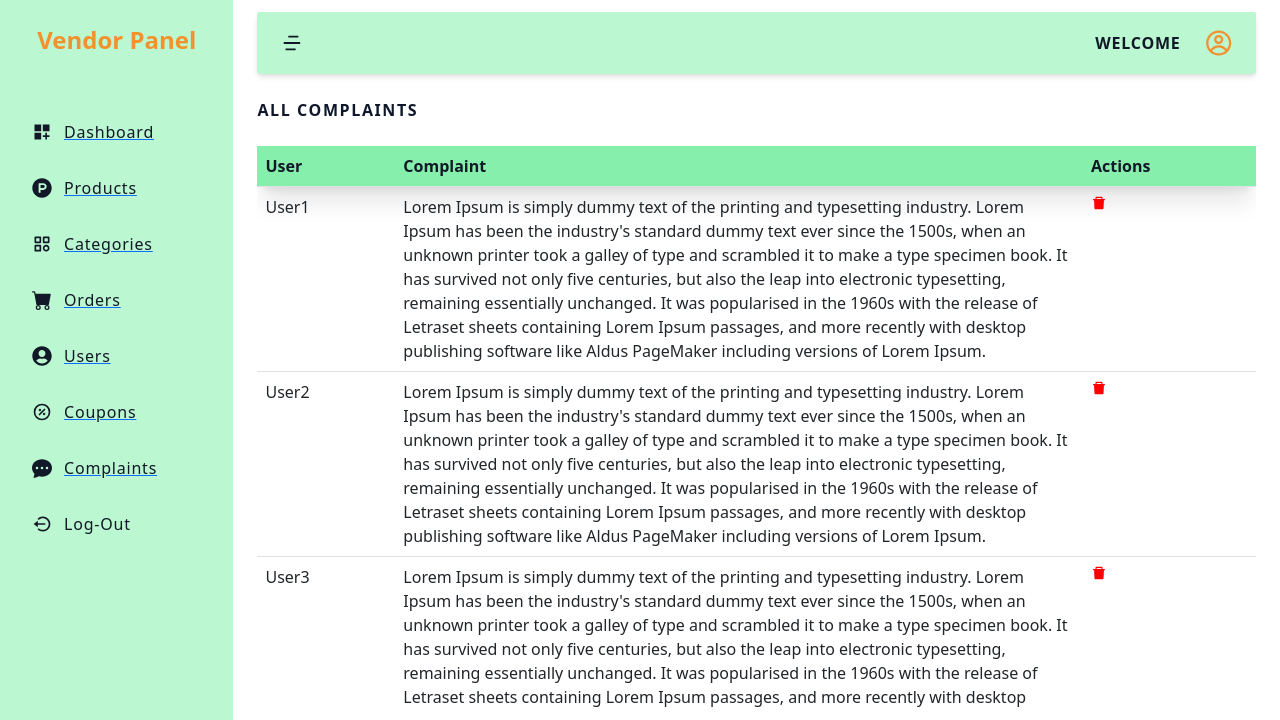
Repository: FlyweisReact/JitenderAdminPanel
Page: /chat
The author's editor kept a copy of each file at every save. The page is drawn from the files as they stood at one save, then again after the next save.
The browser window is 1280 px wide. The pictures show the whole page.
An inner scrolling area shows only its first screen. The project was rebuilt for these pictures with package versions that can differ from the ones it lists, and the page was loaded fresh each time. Also part of the build but not shown: src/components/forms/Login.jsx, src/components/pages/Dashboard.jsx, src/components/vendorPanel/components/layout/Navbar.jsx, src/components/vendorPanel/components/layout/Sidebar.jsx, src/components/vendorPanel/components/layout/HOC.jsx, src/components/vendorPanel/components/pages/Message/Message.js, src/components/pages/UserKundli/UserKundli.jsx, src/components/pages/discount/Discount.jsx and 18 more.

Above is the page before, as saved 2022-11-05 17:07:23.

### public/index.html
<!-- @format -->

<!DOCTYPE html>
<html lang="en">
  <head>
    <meta charset="utf-8" />
    <!-- <link rel="icon" href="%PUBLIC_URL%/favicon.png" /> -->
    <meta name="viewport" content="width=device-width, initial-scale=1" />
    <meta name="theme-color" content="#000000" />
    <meta
      name="description"
      content="Web site created using create-react-app"
    />
    <link rel="apple-touch-icon" href="%PUBLIC_URL%/favicon.ico?v=2" />

    <link rel="manifest" href="%PUBLIC_URL%/manifest.json" />

    <title>Astrologers Panel</title>
  </head>
  <body>
    <noscript>You need to enable JavaScript to run this app.</noscript>
    <div id="root"></div>
    <script src="https://code.jquery.com/jquery-3.6.0.min.js"></script>
  </body>
</html>

### src/index.js
import React from "react";
import ReactDOM from "react-dom/client";
import "./index.css";
import App from "./App";
import { BrowserRouter } from "react-router-dom";
import 'bootstrap/dist/css/bootstrap.min.css'

const root = ReactDOM.createRoot(document.getElementById("root"));
root.render(
  <React.StrictMode>
    <BrowserRouter>
      <App />
    </BrowserRouter>
  </React.StrictMode>
);

### src/index.css
/** @format */

@tailwind base;
@tailwind components;
@tailwind utilities;

body {
  margin: 0;
  font-family: -apple-system, BlinkMacSystemFont, "Segoe UI", "Roboto", "Oxygen",
    "Ubuntu", "Cantarell", "Fira Sans", "Droid Sans", "Helvetica Neue",
    sans-serif;
  -webkit-font-smoothing: antialiased;
  -moz-osx-font-smoothing: grayscale;
}

code {
  font-family: source-code-pro, Menlo, Monaco, Consolas, "Courier New",
    monospace;
}

/* Wcomponents */
.wcomp::-webkit-scrollbar {
  width: 0px;
}
::-webkit-scrollbar {
  width: 0px;
}
::-webkit-scrollbar-track {
  background: #696f78;
}
/* Handle */
::-webkit-scrollbar-thumb {
  background: #b4b8bf;
}

.main-card--container {
  display: grid;
  grid-template-columns: repeat(3, minmax(300px, 500px));
  grid-gap: 50px;
  justify-content: space-around;
}
.card-container {
  margin: 25px 0 auto;

  position: relative;
  display: grid;
  grid-template-columns: 1fr;
  justify-content: space-around;
  align-items: flex-start;
}

.img-thumbnail {
  width: 80px;
}
.img-large {
  max-width: 80%;
}

### src/App.js
/** @format */

import { Routes, Route, Link } from "react-router-dom";
import Login from "./components/forms/Login";
import Dashboard from "./components/pages/Dashboard";
import { ToastContainer } from "react-toastify";
import MSG from './components/vendorPanel/components/pages/Message/Message'
import "react-toastify/dist/ReactToastify.css";
import UserKundli from "./components/pages/UserKundli/UserKundli";
import Discount from "./components/pages/discount/Discount";
import Chat from "./components/pages/reactChat/Chat";
import Horoscope from "./components/pages/horoScope/Horoscope";
import Specification from "./components/pages/SpecificationPage/Specification";
import VendorLogin from "./components/vendorPanel/components/forms/VendorLogin";
import VendorDashboard from "./components/vendorPanel/components/pages/VendorDashboard";
import Fedd from "./components/pages/FeedBack/Fedd";
import Astrologers from "./components/vendorPanel/components/pages/Astrologer/Astrologers";
import Users from "./components/vendorPanel/components/pages/Users/Users";
import Kundli from "./components/vendorPanel/components/pages/Kundli/Kundli";
import AdminHoro from "./components/vendorPanel/components/pages/Horoscope/Horoscope";
import Forgot from "./components/vendorPanel/components/forms/Forgot";
import ResetPassword from "./components/vendorPanel/components/forms/ResetPassword";
import Changepassword from "./components/vendorPanel/components/forms/Changepassword";
import TimeSlots from "./components/pages/TimeSlots/TimeSlots";
import Documents from "./components/pages/Documents/Documents";
import Banner from "./components/pages/Banner/Banner";
import Notify from "./components/pages/Notifications/Notify";
import Booking from "./components/vendorPanel/components/pages/Booking/Booking";
import ProductDetail from "./components/pages/FeedBack/ProductDetail";

function App() {
  return (
    <>
      <ToastContainer />


      <Routes>
        <Route path="/" element={<Login />} />
        <Route path="/dashboard" element={<Dashboard />} />
        <Route path="/userkundli" element={<UserKundli />} />
        <Route path="/discount" element={<Discount />} />
        <Route path="/horoscope" element={<Horoscope />} />
        <Route path="/specification" element={<Specification />} />
        <Route path="/chat" element={<Chat />} />
        <Route path="feedback" element={<Fedd />} />
        <Route path="/time" element={<TimeSlots />} />
        <Route path="/document" element={<Documents />} />
        <Route path="/ban" element={<Banner />} />
        <Route path='/not' element={<Notify />} />
        <Route path="/viewProduct" element={<ProductDetail />} />
        {/* Admin Panel */}
        <Route path="/vendorLogin" element={<VendorLogin />} />
        <Route path="/otp" element={<Forgot />} />
        <Route path="/book" element={<Booking />} />
        <Route path='/msg' element={ <MSG /> } />
        <Route path="/resetPass" element={<ResetPassword />} />
        <Route path="/resetPassword" element={<Changepassword />} />
        <Route path="/vendorDashboard" element={<VendorDashboard />} />
        <Route path="/astro" element={<Astrologers />} />
        <Route path="/users" element={<Users />} />
        <Route path="/kundli" element={<Kundli />} />
        <Route path="/horo" element={<AdminHoro />} />
      </Routes>
    </>
  );
}

export default App;

### src/components/pages/reactChat/Chat.js
/** @format */

import React, { useEffect, useState } from "react";
import { IoMdClose } from "react-icons/io";
import { AiFillEdit, AiFillDelete, AiFillEye } from "react-icons/ai";
import HOC from "../../layout/HOC";
import axios from "axios";
import { toast } from "react-toastify";
import Table from "react-bootstrap/Table";
import { useNavigate } from "react-router-dom";
import Button from "react-bootstrap/Button";
import Modal from "react-bootstrap/Modal";
import Form from "react-bootstrap/Form";

const products = [
  {
    user: "User1",
    com: "Lorem Ipsum is simply dummy text of the printing and typesetting industry. Lorem Ipsum has been the industry's standard dummy text ever since the 1500s, when an unknown printer took a galley of type and scrambled it to make a type specimen book. It has survived not only five centuries, but also the leap into electronic typesetting, remaining essentially unchanged. It was popularised in the 1960s with the release of Letraset sheets containing Lorem Ipsum passages, and more recently with desktop publishing software like Aldus PageMaker including versions of Lorem Ipsum.",
  },
  {
    user: "User2",
    com: "Lorem Ipsum is simply dummy text of the printing and typesetting industry. Lorem Ipsum has been the industry's standard dummy text ever since the 1500s, when an unknown printer took a galley of type and scrambled it to make a type specimen book. It has survived not only five centuries, but also the leap into electronic typesetting, remaining essentially unchanged. It was popularised in the 1960s with the release of Letraset sheets containing Lorem Ipsum passages, and more recently with desktop publishing software like Aldus PageMaker including versions of Lorem Ipsum.",
  },
  {
    user: "User3",
    com: "Lorem Ipsum is simply dummy text of the printing and typesetting industry. Lorem Ipsum has been the industry's standard dummy text ever since the 1500s, when an unknown printer took a galley of type and scrambled it to make a type specimen book. It has survived not only five centuries, but also the leap into electronic typesetting, remaining essentially unchanged. It was popularised in the 1960s with the release of Letraset sheets containing Lorem Ipsum passages, and more recently with desktop publishing software like Aldus PageMaker including versions of Lorem Ipsum.",
  },

  {
    user: "User4",
    com: "Lorem Ipsum is simply dummy text of the printing and typesetting industry. Lorem Ipsum has been the industry's standard dummy text ever since the 1500s, when an unknown printer took a galley of type and scrambled it to make a type specimen book. It has survived not only five centuries, but also the leap into electronic typesetting, remaining essentially unchanged. It was popularised in the 1960s with the release of Letraset sheets containing Lorem Ipsum passages, and more recently with desktop publishing software like Aldus PageMaker including versions of Lorem Ipsum.",
  },
  {
    user: "User5",
    com: "Lorem Ipsum is simply dummy text of the printing and typesetting industry. Lorem Ipsum has been the industry's standard dummy text ever since the 1500s, when an unknown printer took a galley of type and scrambled it to make a type specimen book. It has survived not only five centuries, but also the leap into electronic typesetting, remaining essentially unchanged. It was popularised in the 1960s with the release of Letraset sheets containing Lorem Ipsum passages, and more recently with desktop publishing software like Aldus PageMaker including versions of Lorem Ipsum.",
  },
  {
    user: "User6",
    com: "Lorem Ipsum is simply dummy text of the printing and typesetting industry. Lorem Ipsum has been the industry's standard dummy text ever since the 1500s, when an unknown printer took a galley of type and scrambled it to make a type specimen book. It has survived not only five centuries, but also the leap into electronic typesetting, remaining essentially unchanged. It was popularised in the 1960s with the release of Letraset sheets containing Lorem Ipsum passages, and more recently with desktop publishing software like Aldus PageMaker including versions of Lorem Ipsum.",
  },

  {
    user: "User7",
    com: "Lorem Ipsum is simply dummy text of the printing and typesetting industry. Lorem Ipsum has been the industry's standard dummy text ever since the 1500s, when an unknown printer took a galley of type and scrambled it to make a type specimen book. It has survived not only five centuries, but also the leap into electronic typesetting, remaining essentially unchanged. It was popularised in the 1960s with the release of Letraset sheets containing Lorem Ipsum passages, and more recently with desktop publishing software like Aldus PageMaker including versions of Lorem Ipsum.",
  },
  {
    user: "User8",
    com: "Lorem Ipsum is simply dummy text of the printing and typesetting industry. Lorem Ipsum has been the industry's standard dummy text ever since the 1500s, when an unknown printer took a galley of type and scrambled it to make a type specimen book. It has survived not only five centuries, but also the leap into electronic typesetting, remaining essentially unchanged. It was popularised in the 1960s with the release of Letraset sheets containing Lorem Ipsum passages, and more recently with desktop publishing software like Aldus PageMaker including versions of Lorem Ipsum.",
  },
  {
    user: "User9",
    com: "Lorem Ipsum is simply dummy text of the printing and typesetting industry. Lorem Ipsum has been the industry's standard dummy text ever since the 1500s, when an unknown printer took a galley of type and scrambled it to make a type specimen book. It has survived not only five centuries, but also the leap into electronic typesetting, remaining essentially unchanged. It was popularised in the 1960s with the release of Letraset sheets containing Lorem Ipsum passages, and more recently with desktop publishing software like Aldus PageMaker including versions of Lorem Ipsum.",
  },
];

const Chat = () => {
  return (
    <>
      <section>
        <div className="pb-4 sticky top-0  w-full flex justify-between items-center bg-white">
          <span className="tracking-widest text-slate-900 font-semibold uppercase ">
            All Complaints
          </span>
        </div>

        <div style={{ maxWidth: "100%", overflow: "auto" }}>
          <Table style={{ paddingTop: "5%" }}>
            <thead>
              <tr className=" border-b bg-green-300 shadow-xl text-gray-900">
                <th>User</th>
                <th> Complaint </th>

                <th>Actions</th>
              </tr>
            </thead>
            <tbody>
              {products?.map((i, index) => (
                <tr key={index} style={{ marginTop: "1%" }}>
                  <td>{i.user} </td>
                  <td style={{maxWidth :'300px' , maxHeight : '300px' , overflow :'scroll'}}>{i.com} </td>

                  <td>
                    <span style={{ display: "flex", gap: "5px" }}>
                      <AiFillDelete color="red" cursor="pointer" />
                    </span>
                  </td>
                </tr>
              ))}
            </tbody>
          </Table>
        </div>
      </section>
    </>
  );
};

export default HOC(Chat);

### src/components/layout/HOC.jsx
import React, { useState } from "react";
import Navbar from "./Navbar";
import Sidebar from "./Sidebar";

const HOC = (Wcomponenet) => {
  return function Component() {
    const [hamb, setHamb] = useState(false);
    return (
      <>
        <section className="flex overflow-x-hidden">
          {/* Sidebar */}
          <div
            className={
              hamb
                ? " absolute top-0 z-30 md:w-auto shadow-md bg-slate-200  w-60 transition-all md:-left-full left duration-150  h-screen  left-0 "
                : " md:w-72 z-30 bg-green-200  shadow-md  md:static absolute top-0 -left-full  h-screen transition-all duration-150 "
            }
          >
            <Sidebar hamb={hamb} setHamb={setHamb} />
          </div>
          {/* Components & Navbar */}
          <div
            className={
              hamb
                ? " transition-all px-4 py-2  bg-white duration-150 w-full h-screen"
                : " w-full h-screen  px-4 py-2  bg-white z-50 transition-all duration-150 "
            }
          >
            <Navbar hamb={hamb} setHamb={setHamb} />
            <div className="my-6 text-white h-[87%] wcomp overflow-y-auto">
              <Wcomponenet />
            </div>
          </div>
        </section>
      </>
    );
  };
};

export default HOC;

### src/components/layout/Navbar.jsx
import { RiMenu4Line } from "react-icons/ri";
import { useNavigate } from "react-router-dom";
import { toast } from "react-toastify";
import { CgProfile } from "react-icons/cg";
import { IoMdClose, IoMdNotifications } from "react-icons/io";
import { useState } from "react";
import Button from "react-bootstrap/Button";
import Modal from "react-bootstrap/Modal";
import Container from "react-bootstrap/Container";
import Form from "react-bootstrap/Form";


function MyVerticallyCenteredModal(props) {
  return (
    <Modal
      {...props}
      size="lg"
      aria-labelledby="contained-modal-title-vcenter"
      centered
    >
      <Modal.Header closeButton>
        <Modal.Title id="contained-modal-title-vcenter">
          Edit Profile
        </Modal.Title>
      </Modal.Header>
      <Modal.Body>
        <Container style={{ width: "600px" }}>
          <Form>
            <Form.Group className="mb-3" controlId="formBasicEmail">
              <Form.Label>Name</Form.Label>
              <Form.Control type="text" placeholder="Admin" />
            </Form.Group>
            <Form.Group className="mb-3" controlId="formBasicPassword">
              <Form.Label>Email Address</Form.Label>
              <Form.Control type="email" placeholder="vendor@gmail.com" />
            </Form.Group>
            <Form.Group className="mb-3" controlId="formBasicPassword">
              <Form.Label>Password</Form.Label>
              <Form.Control type="password" placeholder="Password" />
            </Form.Group>
            <Form.Group className="mb-3" controlId="formBasicPassword">
              <Form.Label>Profile Image</Form.Label>
              <Form.Control type="file"/>
            </Form.Group>
            <Button variant="outline-success" type="submit">
              Edit
            </Button>
          </Form>
        </Container>
      </Modal.Body>

    </Modal>
  );
}



const Navbar = ({ hamb, setHamb }) => {
  const [modalShow, setModalShow] = useState(false);



  return (
    <>

      <MyVerticallyCenteredModal
        show={modalShow}
        onHide={() => setModalShow(false)}
      />

      <div
        className={
          hamb
            ? "flex  w-full justify-between  my-1 rounded-sm  p-4 py-3 shadow-md items-center  bg-green-200 space-x-4"
            : "flex  w-full justify-between my-1 rounded-sm  p-4 py-3 shadow-md items-center  bg-green-200 space-x-4"
        }
      >
        <RiMenu4Line
          onClick={() => setHamb(!hamb)}
          className="text-2xl font-bold text-gray-900 hover:scale-90 cursor-pointer"
        />

        {/* Profile */}
        <section className="flex sm:ml-auto justify-end sm:w-full items-center space-x-2  pr-2">
          <span className="cursor-pointer text-2xl">
            {/* <IoMdNotifications /> */}
          </span>
          <figcaption className="tracking-wider pl-1 font-semibold">
            {" "}
            <div className="lg:text-base text-sm text-gray-900  uppercase">
              Welcome
            </div>
          </figcaption>
        </section>
        <CgProfile
          onClick={() => setModalShow(true)}
          className="text-2xl sm:text-3xl font-bold text-[rgb(241,146,46)] cursor-pointer"
        />

      </div>
    </>
  );
};

export default Navbar;

### src/components/layout/Sidebar.jsx
/** @format */

import React from "react";
import { RiCloseLine } from "react-icons/ri";
import { Link, useNavigate } from "react-router-dom";
import { BsFillChatDotsFill } from "react-icons/bs";
import { MdOutlineHighQuality  ,MdCircleNotifications} from "react-icons/md";
import { BiTable } from "react-icons/bi";
import { BiLogOutCircle , BiCategory } from "react-icons/bi";
import { TbDiscount } from "react-icons/tb";
import { FaProductHunt  ,FaUserCircle } from "react-icons/fa";
import {IoIosTime ,IoMdImages} from 'react-icons/io'
import {GrDocumentPdf} from 'react-icons/gr'
import {BsFillCartFill} from 'react-icons/bs'

import { MdDashboardCustomize } from "react-icons/md";
import { toast } from "react-toastify";

const Sidebar = ({ hamb, setHamb }) => {
  const navigate = useNavigate();

  const nav = [
    {
      icon: <MdDashboardCustomize className="text-xl mr-3" />,
      link: "/dashboard",
      name: "Dashboard",
    },
    {
      icon: <FaProductHunt className="text-xl mr-3" />,
      link: "/feedback",
      name: "Products",
    },
    {
      icon: <BiCategory className="text-xl mr-3" />,
      link: "/userkundli",
      name: "Categories",
    },
    {
      icon: <BsFillCartFill className="text-xl mr-3" />,
      link: "/time",
      name: "Orders",
    },
    {
      icon: <FaUserCircle className="text-xl mr-3" />,
      link: "/document",
      name: "Users",
    },
    {
      icon: <TbDiscount className="text-xl mr-3" />,
      link: "/discount",
      name: "Coupons",
    },
    {
      icon: <BsFillChatDotsFill className="text-xl mr-3" />,
      link: "/chat",
      name: "Complaints",
    },
  ];

  const logOut = () => {
    navigate("/");
    toast.success("Log -Out Successfull");
  };
  return (
    <>
      <aside className="p-4 bg-green-200">
        {/* Top */}
        <div className="w-full md:hidden relative  p-2 mb-4">
          <RiCloseLine
            onClick={() => setHamb(!hamb)}
            className="text-3xl  absolute top-2 sm:hover:rotate-[228deg] transition-transform font-bold right-2 sm:hover:text-[22px] text-[rgb(241,146,46)] cursor-pointer"
          />
        </div>
        {/* Logo */}
        <figure className="flex  flex-col items-center">
          <span className="font-bold text-[rgb(241,146,46)] text-2xl">
            Vendor Panel
            {/* <img src={image} className="h-24" /> */}
          </span>
        </figure>
        {/* Nav-menu */}
        <nav className="py-6">
          {nav.map((nav) => {
            return (
              <Link to={nav.link} key={nav.name} className="">
                <span className="flex my-3 items-center cursor-pointer text-gray-900    tracking-wider p-2 rounded-sm">
                  {nav.icon} {nav.name}
                </span>
              </Link>
            );
          })}
          <span
            className="flex my-3 items-center cursor-pointer text-gray-900    tracking-wider p-2 rounded-sm"
            onClick={() => logOut()}
          >
            <BiLogOutCircle className="text-xl mr-3" /> Log-Out
          </span>
        </nav>
      </aside>
    </>
  );
};

export default Sidebar;

Loaded but not shown: tailwind.config.js (common file)

After the next save:
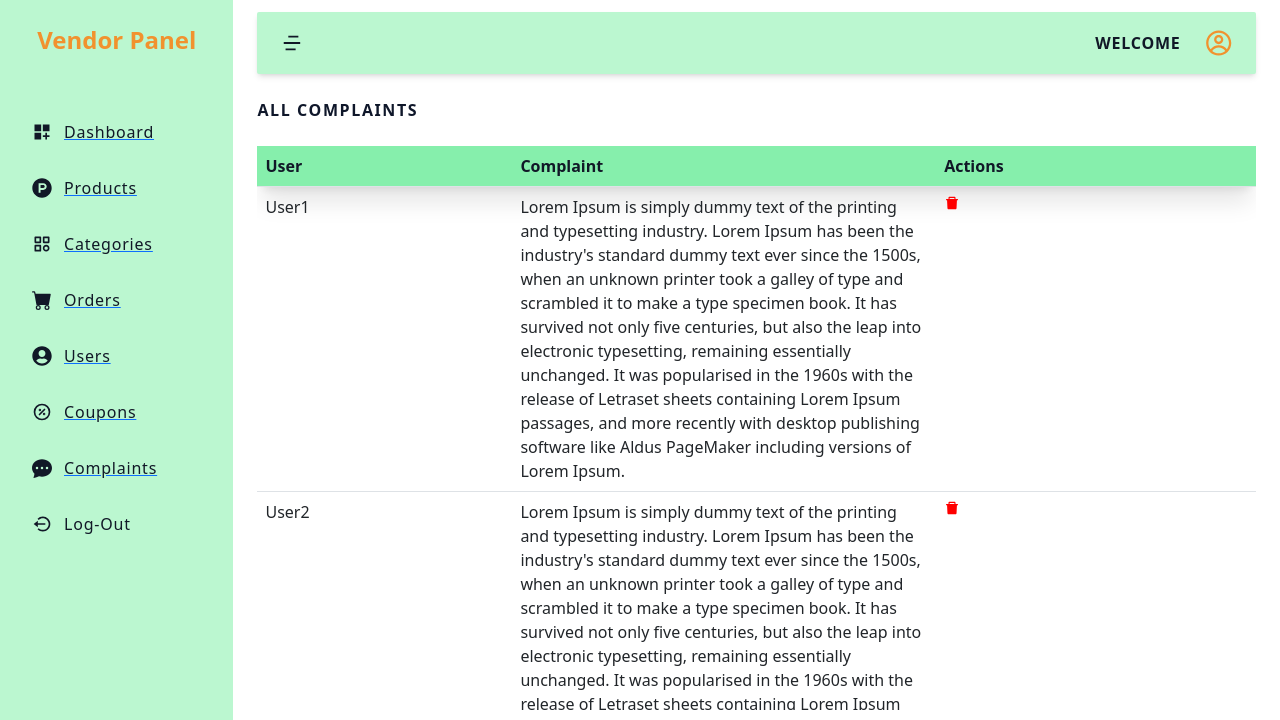
Saved 27 s later.
--- a/src/components/pages/reactChat/Chat.js
+++ b/src/components/pages/reactChat/Chat.js
@@ -77,7 +77,7 @@ const Chat = () => {
               {products?.map((i, index) => (
                 <tr key={index} style={{ marginTop: "1%" }}>
                   <td>{i.user} </td>
-                  <td style={{maxWidth :'300px' , maxHeight : '300px' , overflow :'scroll'}}>{i.com} </td>
+                  <td style={{maxWidth :'100px' , maxHeight : '300px' , overflow :'scroll'}}>{i.com} </td>
 
                   <td>
                     <span style={{ display: "flex", gap: "5px" }}>
